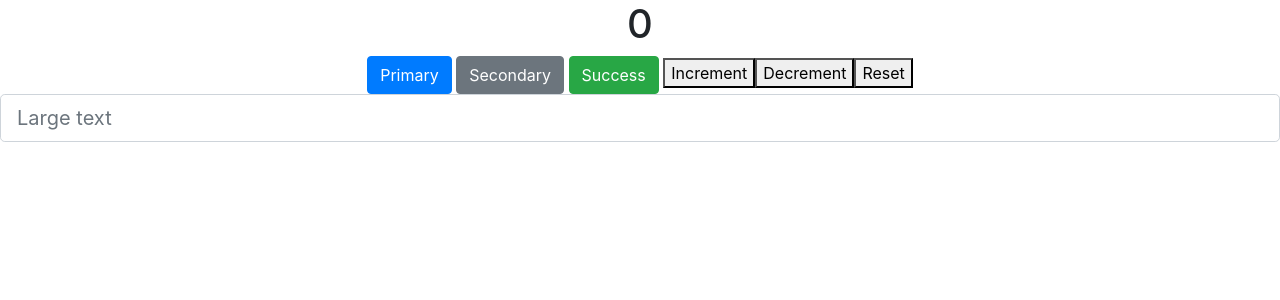
Repository: tts2610/redux-counter
Page: /
An editor plug-in stored every save of this project. The page is shown before and after the next save, followed by the edit.
The browser window is 1280 px wide. The pictures show the whole page.
The project was rebuilt for these pictures with package versions that can differ from the ones it lists, and the page was loaded fresh each time.

Above is the page before, as saved 2020-06-09 14:45:57.

After the next save:
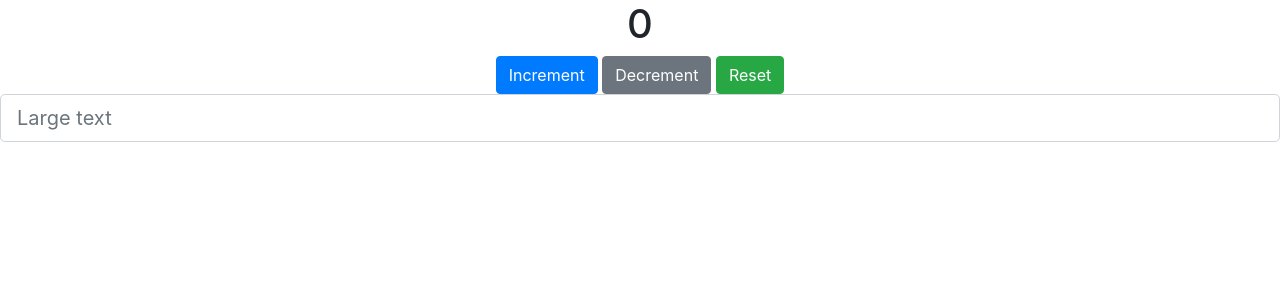
Saved 61 s later.
--- a/src/App.js
+++ b/src/App.js
@@ -11,15 +11,26 @@ function App() {
   return (
     <div className="App">
       <h1>{count}</h1>
-      <Button variant="primary">Primary</Button>{" "}
-      <Button variant="secondary">Secondary</Button>{" "}
-      <Button variant="success">Success</Button>{" "}
-      <button onClick={() => dispatch({ type: "INCREMENT" })}>Increment</button>
-      <button onClick={() => dispatch({ type: "DECREMENT" })}>Decrement</button>
-      <button onClick={() => dispatch({ type: "RESET" })}>Reset</button>
-      <Form.Group>
-        <Form.Control size="lg" type="text" placeholder="Large text" />
-      </Form.Group>
+      <div>
+        <Button
+          onClick={() => dispatch({ type: "INCREMENT" })}
+          variant="primary"
+        >
+          Increment
+        </Button>{" "}
+        <Button
+          onClick={() => dispatch({ type: "DECREMENT" })}
+          variant="secondary"
+        >
+          Decrement
+        </Button>{" "}
+        <Button onClick={() => dispatch({ type: "RESET" })} variant="success">
+          Reset
+        </Button>{" "}
+        <Form.Group>
+          <Form.Control size="lg" type="text" placeholder="Large text" />
+        </Form.Group>
+      </div>
     </div>
   );
 }
